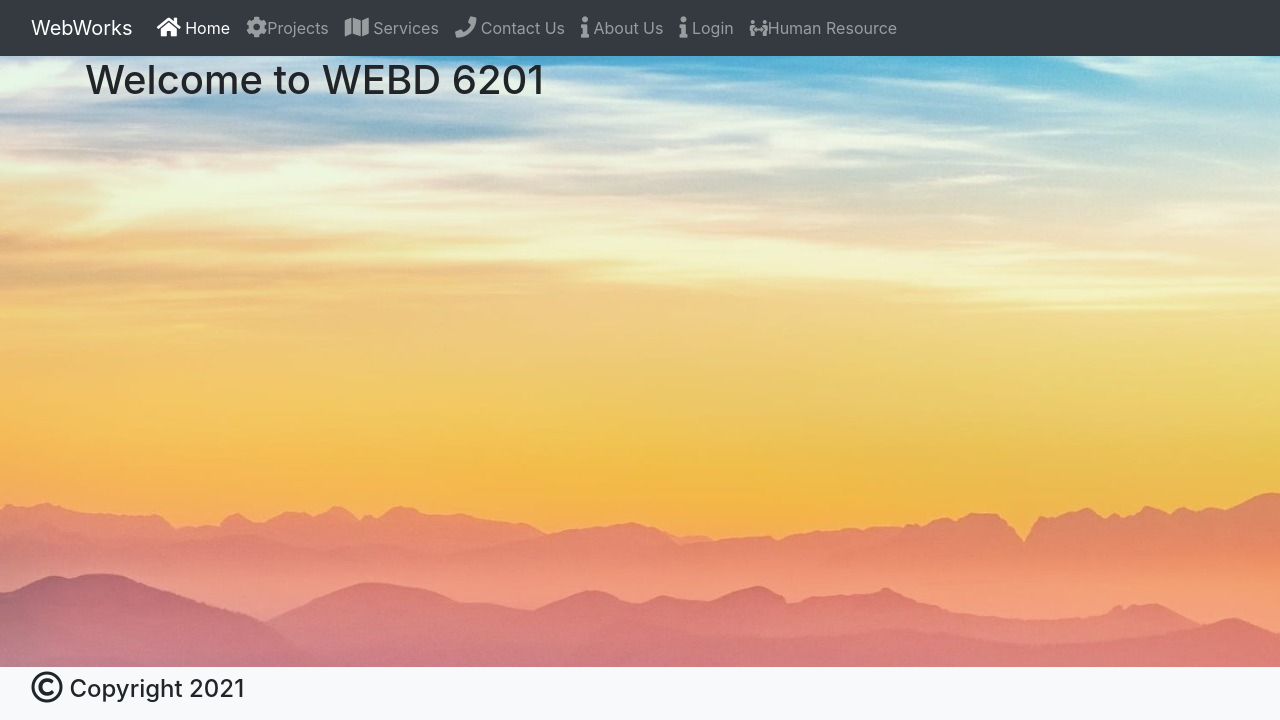
Repository: JonathonWager/Webd6202Lab1
Page: index.html
These files come from the project's save history. The page is drawn as it stood at one moment and after a run of saves; the edit follows.
The browser window is 1280 px wide. The pictures show the whole page.

Above is the page before, as saved 2021-03-07 19:15:44.
Console error: TypeError: Cannot read properties of null (reading 'Username')
Not found: Content/app.css

After the next 2 saves:
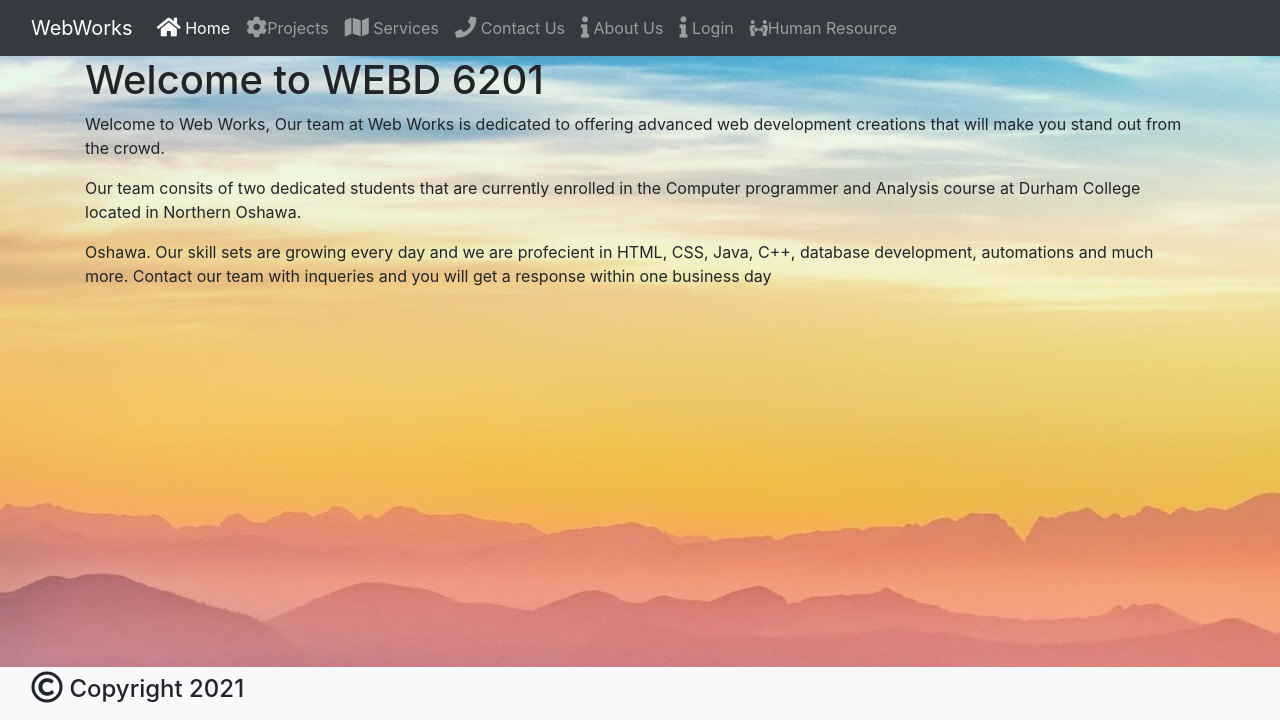
The error is gone.
The 2 saves are shown as one change because they came seconds apart.
The last was saved 25 s later.
--- a/Scripts/app.js
+++ b/Scripts/app.js
@@ -251,11 +251,9 @@
       {
 
          // Finding the element by id and setting its content to the userName value
-        //document.getElementById("usernameInputID").innerHTML = usersName;
-      }
-        let usersName = sessionStorage.getItem("user");
-        let test = usersName.Username;
-        console.log(sessionStorage.getItem("userName"));
+        document.getElementById("usernameInputID").innerHTML = sessionStorage.getItem("userName");
+      }
+
 
 
      }
